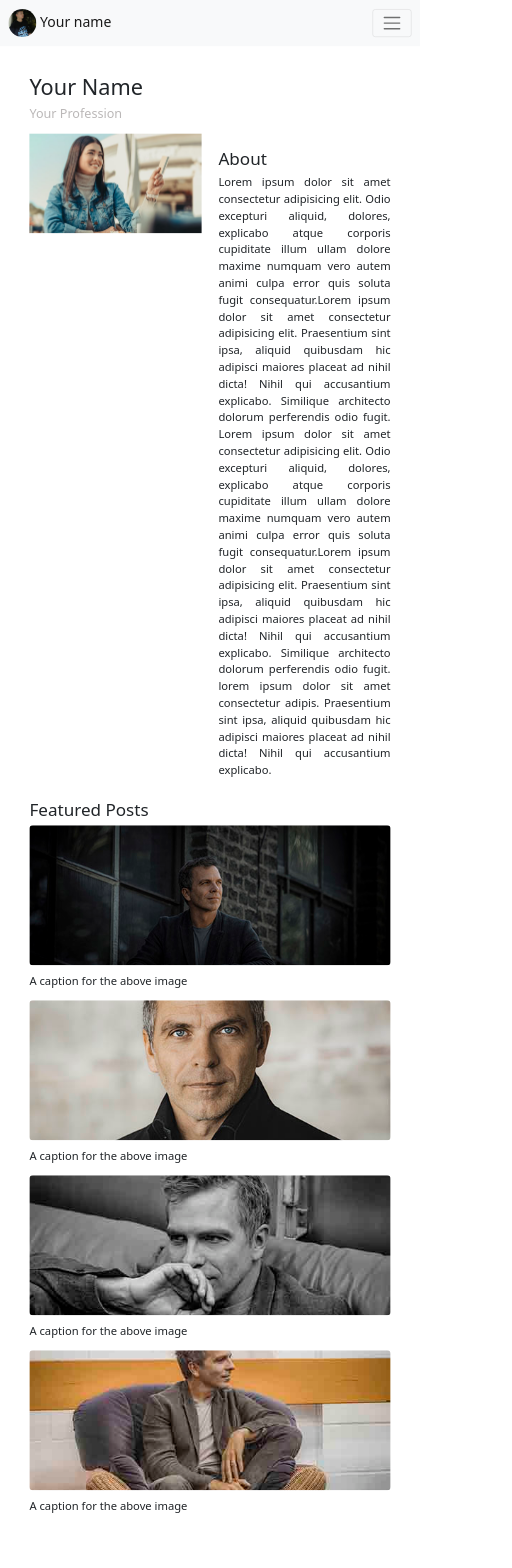
Repository: nvt01/72_1951061106_NgoVanTung
Page: BaiTh1/index.html
These files come from the project's save history. The page is drawn as it stood at one moment and after the next save; the edit follows.
The browser window is 600 px wide. The page is 600 px wide, then 732 px, then 600 px, so the pictures cover 732 px, including what lies to the right of the window. The pictures show the part of the page from y = 0 to 2240 px (the page is 4391 px tall before and 4335 px after), at 70% of full size.

Above is the page before, as saved 2021-12-01 11:21:24.

### BaiTh1/index.html
<!DOCTYPE html>
<html lang="en">
<head>
    <meta charset="UTF-8">
    <meta http-equiv="X-UA-Compatible" content="IE=edge">
    <meta name="viewport" content="width=device-width, initial-scale=1.0">
    <title>Blog</title>
    <link rel="stylesheet" href="style.css">
    <!-- CSS only -->
    <link href="https://cdn.jsdelivr.net/npm/bootstrap@5.1.3/dist/css/bootstrap.min.css" rel="stylesheet" integrity="sha384-1BmE4kWBq78iYhFldvKuhfTAU6auU8tT94WrHftjDbrCEXSU1oBoqyl2QvZ6jIW3" crossorigin="anonymous">
    <!-- JavaScript Bundle with Popper -->
    <script src="https://cdn.jsdelivr.net/npm/bootstrap@5.1.3/dist/js/bootstrap.bundle.min.js" integrity="sha384-ka7Sk0Gln4gmtz2MlQnikT1wXgYsOg+OMhuP+IlRH9sENBO0LRn5q+8nbTov4+1p" crossorigin="anonymous"></script>
</head>
<body>
    <div class="menu">
        <nav class="navbar navbar-expand-lg navbar-light bg-light">
            <div class="container-fluid">
                <a class="navbar-brand" href="#">
                    <img class="nav-img" src="./img/avatar.JPG" alt="">
                    Your name
                </a>
                <button class="navbar-toggler" type="button" data-bs-toggle="collapse" data-bs-target="#navbarSupportedContent" aria-controls="navbarSupportedContent" aria-expanded="false" aria-label="Toggle navigation">
                    <span class="navbar-toggler-icon"></span>
                </button>
                <div class=" collapse navbar-collapse" id="navbarSupportedContent">
                    <ul class="navbar-nav me-auto mb-2 mb-lg-0">
                        <li class="nav-item">
                            <a class="nav-link active" aria-current="page" href="#">Home</a>
                        </li>
                        <li class="nav-item">
                            <a class="nav-link" href="#">Featured</a>
                        </li>
                        <li class="nav-item">
                            <a class="nav-link" href="#">View Post</a>
                        </li>
                    </ul>
                </div>
            </div>
        </nav>
    </div>

    <div class="main">
        <div class="container">
            <div class="row">
                <h1 class="h1">Your Name</h1>
                <h3 class="h3">Your Profession</h3>
                <div class="col">
                    <img src="./img/img1.jpeg" alt="">
                </div>
                <div class="col content">
                    <h3>About</h3>
                    <span>Lorem ipsum dolor sit amet consectetur adipisicing elit. Odio excepturi aliquid, dolores, explicabo atque corporis cupiditate illum ullam dolore maxime numquam vero autem animi culpa error quis soluta fugit consequatur.Lorem ipsum dolor sit amet consectetur adipisicing elit. Praesentium sint ipsa, aliquid quibusdam hic adipisci maiores placeat ad nihil dicta! Nihil qui accusantium explicabo. Similique architecto dolorum perferendis odio fugit. Lorem ipsum dolor sit amet consectetur adipisicing elit. Odio excepturi aliquid, dolores, explicabo atque corporis cupiditate illum ullam dolore maxime numquam vero autem animi culpa error quis soluta fugit consequatur.Lorem ipsum dolor sit amet consectetur adipisicing elit. Praesentium sint ipsa, aliquid quibusdam hic adipisci maiores placeat ad nihil dicta! Nihil qui accusantium explicabo. Similique architecto dolorum perferendis odio fugit. lorem ipsum dolor sit amet consectetur adipis. Praesentium sint ipsa, aliquid quibusdam hic adipisci maiores placeat ad nihil dicta! Nihil qui accusantium explicabo.</span>
                </div>
            </div>
            <div class="row">
                <h3 class="h3-title">Featured Posts</h3>
                <div class="col-12 col-md-6 col-xs-12 col-lg-3">
                    <img class="image" src="./img/img2.jpeg" alt="">
                    <p>A caption for the above image</p>
                </div>
                <div class="col-12 col-md-6 col-xs-12 col-lg-3">
                    <img class="image" src="./img/img3.jpeg" alt="">
                    <p>A caption for the above image</p>
                </div>
                <div class="col-12 col-md-6 col-xs-12 col-lg-3">
                    <img class="image" src="./img/img5.jpeg" alt="">
                    <p>A caption for the above image</p>
                </div>
                <div class="col-12 col-md-6 col-xs-12 col-lg-3">
                    <img class="image" src="./img/img6.jpeg" alt="">
                    <p>A caption for the above image</p>
                </div>
            </div>
        </div>
    </div>

    <div class="title">
        <!-- <div class="row">
            <div class="col">
                <h3>Title 1</h3>
                <p class="title-text">Lorem ipsum dolor sit amet consectetur adipisicing elit. Harum nobis deleniti nostrum eveniet ducimus? Consectetur, aliquam nulla dignissimos accusantium cum ipsam doloribus debitis nobis commodi labore laudantium corporis repellat quam. lorem ipsum dolor sit amet consectetur adipis</p>
            </div>
            <div class="col">
                <h3>Title 2</h3>
                <p class="title-text">Lorem ipsum dolor sit amet consectetur adipisicing elit. Harum nobis deleniti nostrum eveniet ducimus? Consectetur, aliquam nulla dignissimos accusantium cum ipsam doloribus debitis nobis commodi labore laudantium corporis repellat quam. lorem ipsum dolor sit amet consectetur adipis</p>
            </div>
        </div> -->
        <div>
            <div id="carouselExampleControls" class="carousel slide" data-bs-ride="carousel">
                <div class="carousel-inner">
                    <div class="carousel-item active">
                        <div class="row">
                            <div class="col-md-6">
                                <div class="singer-box content">
                                    <h3>Title 1</h3>
                                    <p class="title-text">Lorem ipsum dolor sit amet consectetur adipisicing elit. Harum nobis deleniti nostrum eveniet ducimus? Consectetur, aliquam nulla dignissimos accusantium cum ipsam doloribus debitis nobis commodi labore laudantium corporis repellat quam. lorem ipsum dolor sit amet consectetur adipis</p>
                                </div>
                            </div>
                            <div class="col-md-6">
                                <div class="singer-box content">
                                    <h3>Title 2</h3>
                                    <p class="title-text">Lorem ipsum dolor sit amet consectetur adipisicing elit. Harum nobis deleniti nostrum eveniet ducimus? Consectetur, aliquam nulla dignissimos accusantium cum ipsam doloribus debitis nobis commodi labore laudantium corporis repellat quam. lorem ipsum dolor sit amet consectetur adipis</p>
                                </div>
                            </div>
                        </div>
                    </div>

                    <div class="carousel-item">
                        <div class="row">
                            <div class="col-md-6">
                                <div class="singer-box content">
                                    <h3>Title 3</h3>
                                    <p class="title-text">Lorem ipsum dolor sit amet consectetur adipisicing elit. Harum nobis deleniti nostrum eveniet ducimus? Consectetur, aliquam nulla dignissimos accusantium cum ipsam doloribus debitis nobis commodi labore laudantium corporis repellat quam. lorem ipsum dolor sit amet consectetur adipis</p>
                                </div>
                            </div>
                            <div class="col-md-6">
                                <div class="singer-box content">
                                    <h3>Title 4</h3>
                                    <p class="title-text">Lorem ipsum dolor sit amet consectetur adipisicing elit. Harum nobis deleniti nostrum eveniet ducimus? Consectetur, aliquam nulla dignissimos accusantium cum ipsam doloribus debitis nobis commodi labore laudantium corporis repellat quam. lorem ipsum dolor sit amet consectetur adipis</p>
                                </div>
                            </div>
                        </div>
                    </div>
                </div>
                <button class="carousel-control-prev" type="button" data-bs-target="#carouselExampleControls" data-bs-slide="prev">
                    <span class="carousel-control-prev-icon" aria-hidden="true"></span>
                    <span class="visually-hidden">Previous</span>
                </button>
                <button class="carousel-control-next" type="button" data-bs-target="#carouselExampleControls" data-bs-slide="next">
                    <span class="carousel-control-next-icon" aria-hidden="true"></span>
                    <span class="visually-hidden">Next</span>
                </button>
            </div>
        </div>
    </div>

    <div class="contact">
        <div class="container">
            <div class="row">
                <h2>Contact (Your Name)</h2>
                <form class="row g-3 needs-validation" novalidate>
                    <div class="col-md-4">
                        <label for="validationCustom01" class="form-label">First name</label>
                        <input type="text" class="form-control" id="validationCustom01" value="Mark" required>
                        <div class="valid-feedback">
                            Looks good!
                        </div>
                    </div>
                    <div class="col-md-4">
                        <label for="validationCustom02" class="form-label">Last name</label>
                        <input type="text" class="form-control" id="validationCustom02" value="Otto" required>
                        <div class="valid-feedback">
                            Looks good!
                        </div>
                    </div>
                    <div class="col-md-4">
                        <label for="validationCustomUsername" class="form-label">Username</label>
                        <div class="input-group has-validation">
                            <span class="input-group-text" id="inputGroupPrepend">@</span>
                            <input type="text" class="form-control" id="validationCustomUsername" aria-describedby="inputGroupPrepend" required>
                            <div class="invalid-feedback">
                            Please choose a username.
                            </div>
                        </div>
                    </div>
                    <div class="col-md-6">
                        <label for="validationCustom03" class="form-label">City</label>
                        <input type="text" class="form-control" id="validationCustom03" required>
                        <div class="invalid-feedback">
                            Please provide a valid city.
                        </div>
                    </div>
                    <div class="col-md-3">
                        <label for="validationCustom04" class="form-label">State</label>
                        <select class="form-select" id="validationCustom04" required>
                            <option selected disabled value="">Choose...</option>
                            <option>...</option>
                        </select>
                        <div class="invalid-feedback">
                            Please select a valid state.
                        </div>
                    </div>
                    <div class="col-md-3">
                        <label for="validationCustom05" class="form-label">Zip</label>
                        <input type="text" class="form-control" id="validationCustom05" required>
                        <div class="invalid-feedback">
                            Please provide a valid zip.
                        </div>
                    </div>
                    <div class="col-12">
                        <div class="form-check">
                            <input class="form-check-input" type="checkbox" value="" id="invalidCheck" required>
                            <label class="form-check-label" for="invalidCheck">
                            Agreed
                            </label>
                        <div class="invalid-feedback">
                            You must agree before submitting.
                        </div>
                    </div>
                    </div>
                    <div class="col-12">
                        <button class="btn btn-primary" type="submit">Submit Form</button>
                    </div>
                </form>
            </div>
        </div>
    </div>

    <footer class="text-center text-lg-start bg-light text-muted">
        <div>
            <a href="" class="me-4 text-reset">
            <i class="fab fa-facebook-f"></i>
            </a>
            <a href="" class="me-4 text-reset">
            <i class="fab fa-twitter"></i>
            </a>
            <a href="" class="me-4 text-reset">
            <i class="fab fa-google"></i>
            </a>
            <a href="" class="me-4 text-reset">
            <i class="fab fa-instagram"></i>
            </a>
            <a href="" class="me-4 text-reset">
            <i class="fab fa-linkedin"></i>
            </a>
            <a href="" class="me-4 text-reset">
            <i class="fab fa-github"></i>
            </a>
        </div>
        <section class="">
        <div class="container text-center text-md-start mt-5">
            <div class="row mt-3">
            <div class="col-md-3 col-lg-4 col-xl-3 mx-auto mb-4">
                <h6 class="text-uppercase fw-bold mb-4">
                <i class="fas fa-gem me-3"></i>Company name
                </h6>
                <p>
                Here you can use rows and columns to organize your footer content. Lorem ipsum
                dolor sit amet, consectetur adipisicing elit.
                </p>
            </div>
            <div class="col-md-2 col-lg-2 col-xl-2 mx-auto mb-4">
                <h6 class="text-uppercase fw-bold mb-4">
                Products
                </h6>
                <p>
                <a href="#!" class="text-reset">Angular</a>
                </p>
                <p>
                <a href="#!" class="text-reset">React</a>
                </p>
                <p>
                <a href="#!" class="text-reset">Vue</a>
                </p>
                <p>
                <a href="#!" class="text-reset">Laravel</a>
                </p>
            </div>
            <div class="col-md-3 col-lg-2 col-xl-2 mx-auto mb-4">
                <h6 class="text-uppercase fw-bold mb-4">
                Useful links
                </h6>
                <p>
                <a href="#!" class="text-reset">Pricing</a>
                </p>
                <p>
                <a href="#!" class="text-reset">Settings</a>
                </p>
                <p>
                <a href="#!" class="text-reset">Orders</a>
                </p>
                <p>
                <a href="#!" class="text-reset">Help</a>
                </p>
            </div>
            <div class="col-md-4 col-lg-3 col-xl-3 mx-auto mb-md-0 mb-4">
                <h6 class="text-uppercase fw-bold mb-4">
                Contact
                </h6>
                <p><i class="fas fa-home me-3"></i> Ha Noi, VN</p>
                <p>
                <i class="fas fa-envelope me-3"></i>
                ngotung180301@gmail.com
                </p>
                <p><i class="fas fa-phone me-3"></i>+84 393 072 588</p>
            </div>
            </div>
        </div>
        </section>
        <div class="text-center p-4" style="background-color: rgba(0, 0, 0, 0.05);">
            ©
            <a class="text-reset fw-bold" href="https://mdbootstrap.com/">Your name 9/2021</a>
        </div>
    </footer>
</body>
</html>

### BaiTh1/style.css
* {
    margin: 0;
    padding: 0;
    box-sizing: border-box;
}

:root {
    --text-color: rgb(187, 184, 184);
}

.menu {
}

.navbar {
    margin-bottom: 40px;
}

.nav-img {
    width: 40px;
    height: 40px;
    border-radius: 50%;
    object-fit: cover;
}

.content {
    text-align: justify;
}

.container-fluid .navbar-collapse {
    flex-grow: 0;
}

.container .h1 {
    font-weight: 400;
}

.container .h3 {
    padding-bottom: 10px;
    color: var(--text-color);
    font-size: 18px;
}

.image {
    border-radius: 5px;
    margin-bottom: 10px;
    width: 300px;
    height: 200px;
    object-fit: cover;
}

.h3-title {
    padding-top: 30px;
}

.singer-box {
    padding: 40px 20px;
}

.contact {
    margin: 20px 0 60px;
}

.text-center a {
    text-decoration: none;
    color: var(--text-color);
}

@media screen and (min-width: 1024px) {
    .container img {
        width: 100%;
    }
}

@media screen and (min-width: 768px) {
    .image {
        width: 100%;
    }
    .content h3{
        padding-top: 20px;
    }
}

@media screen and (max-width: 767px) {
    .image {
        width: 100%;
    }
    .main .col img {
        width: 100%;
    }
    .content h3{
        padding-top: 20px;
    }
}

After the next save:
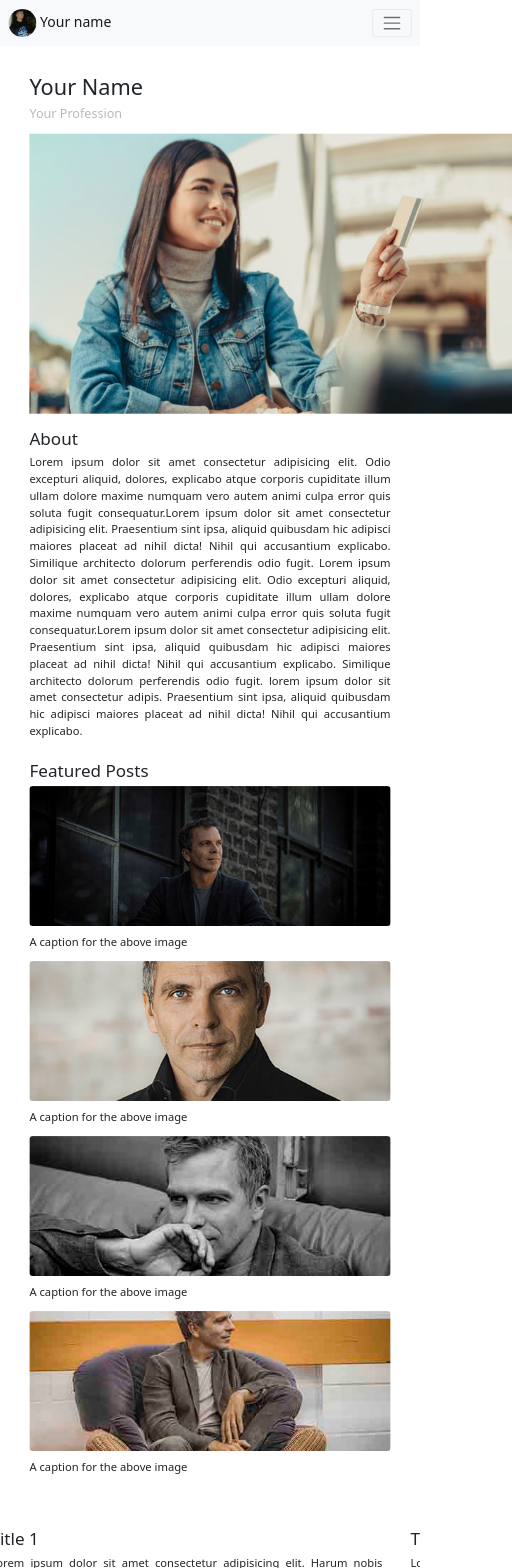
Saved 15 s later.
--- a/BaiTh1/style.css
+++ b/BaiTh1/style.css
@@ -85,7 +85,7 @@
         width: 100%;
     }
     .main .col img {
-        width: 100%;
+        width: 100% + 20px;
     }
     .content h3{
         padding-top: 20px;

After the 2 saves that followed:
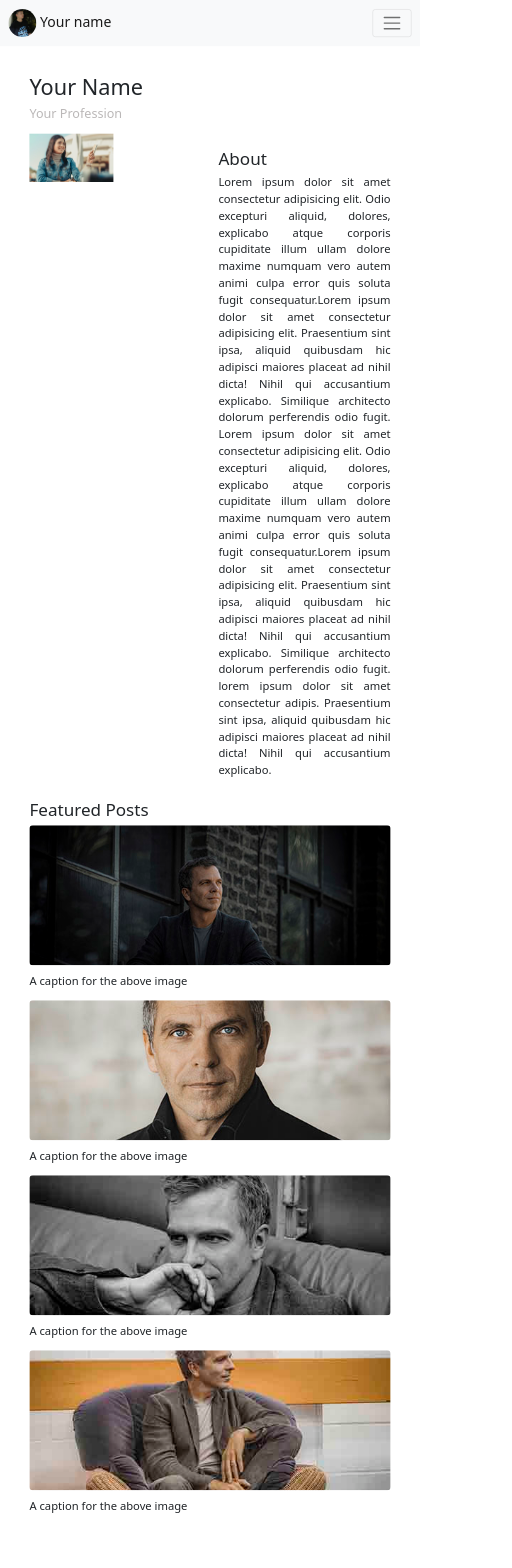
The 2 saves are shown as one change because they came seconds apart.
The last was saved 11 s later.
--- a/BaiTh1/style.css
+++ b/BaiTh1/style.css
@@ -85,7 +85,7 @@
         width: 100%;
     }
     .main .col img {
-        width: 100% + 20px;
+        width: 120px;
     }
     .content h3{
         padding-top: 20px;
